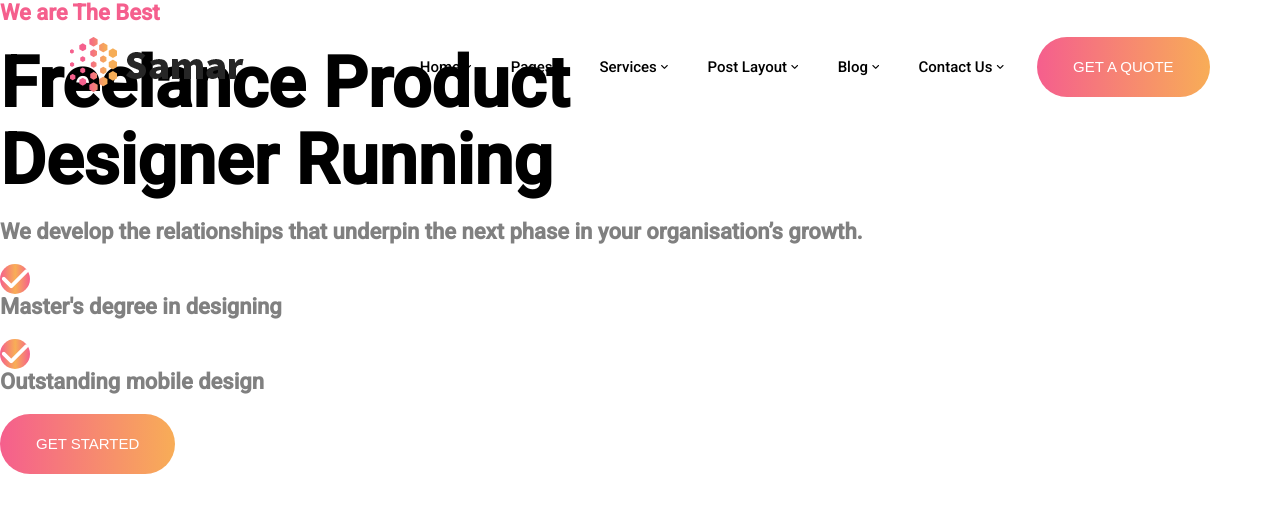
Repository: truongcongtrung2709/truongcongtrung__samar
Page: index.html
These files come from the project's save history. The page is drawn as it stood at one moment and after the next save; the edit follows.
The browser window is 1280 px wide. The pictures show the whole page.
Some web libraries are served in a nearby version.

Above is the page before, as saved 2022-06-22 21:04:35.

After the next save:
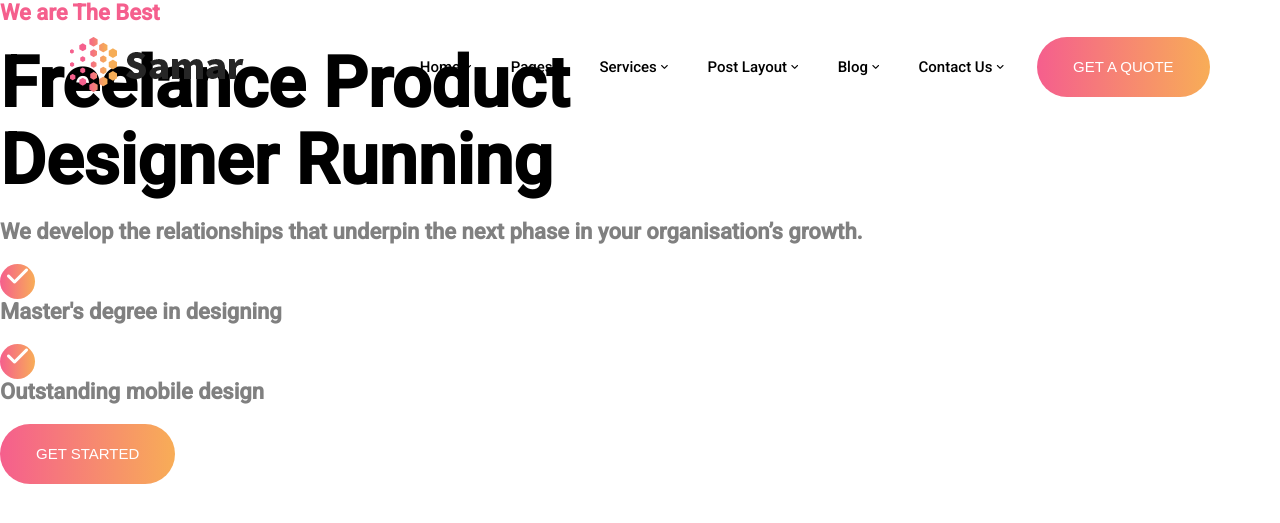
Saved 28 s later.
--- a/style.css
+++ b/style.css
@@ -43,10 +43,17 @@ p{
     background-position: right center;
 }
 .fa-check{
-  background-image:linear-gradient(to right,#f55f8d 0,#f8ae56 51%,#f55f8d 100%);
-  color: white;
-  font-size: 30px;
-  border-radius: 50px;
+  width: 35px;
+    height: 35px;
+    line-height: 35px;
+    text-align: center;
+    font-size: 24px;
+    color: #fff;
+    border-radius: 35px;
+    font-weight: 900;
+    background-image: linear-gradient(to right,#f55f8d 0,#f8ae56 51%,#f55f8d 100%);
+    background-size: 200%;
+    margin-right: 10px;
 }
 /* ----------------------Header---------------------- */
 header{
